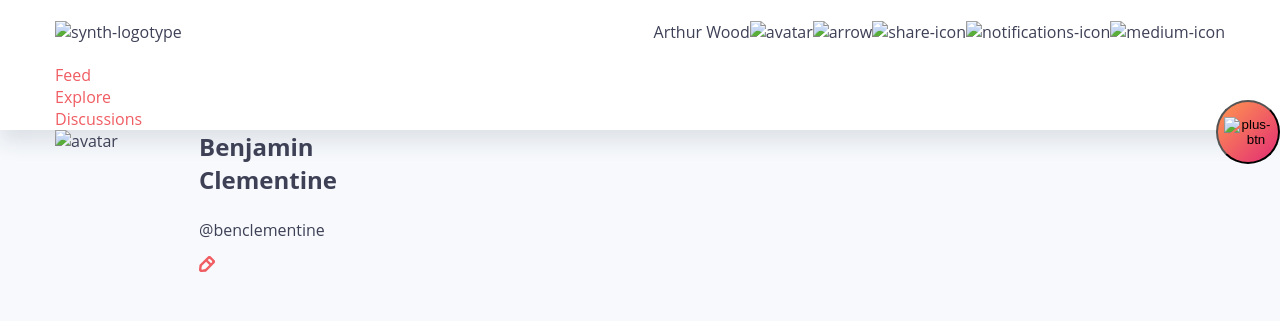
Repository: ecspetra/swivl-test-task
Page: index.html
These files come from the project's save history. The page is drawn as it stood at one moment and after the next save; the edit follows.
The browser window is 1280 px wide. The pictures show the whole page.

Above is the page before, as saved 2021-12-09 20:32:48.

### index.html
<!DOCTYPE html>
<html lang="en">

<head>
    <meta charset="UTF-8">
    <meta http-equiv="X-UA-Compatible" content="IE=edge">
    <meta name="viewport" content="width=device-width, initial-scale=1.0">
    <link rel="stylesheet" href="css/style.css">
    <title>Synth User Profile</title>
</head>

<body>
    <header>
        <div class="header">
            <div class="header__logo-wrapper">
                <img class="header__logo" src="" alt="synth-logotype">
            </div>
            <div class="header__profile">
                <div class="header__user">
                    <p class="header__username">Arthur Wood</p>
                    <div class="header__avatar-wrapper">
                        <img class="header__avatar" src="" alt="avatar">
                    </div>
                    <div class="header__arrow-wrapper">
                        <img class="header__arrow" src="" alt="arrow">
                    </div>
                </div>
                <div class="header__icons">
                    <div class="header__share-wrapper">
                        <img class="header__share" src="" alt="share-icon">
                    </div>
                    <div class="header__notifications-wrapper">
                        <img class="header__notifications" src="" alt="notifications-icon">
                    </div>
                    <div class="header__medium-wrapper">
                        <img class="header__medium" src="" alt="medium-icon">
                    </div>
                </div>
            </div>
        </div>
        <div class="header__navigation-wrapper">
            <nav class="header__navigation">
                <ul>
                    <li><a href="#">Feed</a></li>
                    <li><a href="#">Explore</a></li>
                    <li><a href="#">Discussions</a></li>
                </ul>
            </nav>
        </div>
        <button class="header__btn-wrapper">
            <img class="header__btn" src="" alt="plus-btn">
        </button>
    </header>
    <main>
        <section>
            <div class="profile">
                <div class="profile__user-details">
                    <div class="profile__general">
                        <div class="profile__avatar-wrapper">
                            <img class="profile__avatar" src="" alt="avatar">
                        </div>
                        <h2 class="profile__username">Benjamin Clementine</h2>
                        <p class="profile__instagram">@benclementine</p>
                        <a class="profile__edit-btn" href="#"></a>
                    </div>
                    <p class="profile__user-description"></p>
                </div>

                <div class="profile__cards">
                    <article></article>
                </div>

            </div>
        </section>
    </main>

</body>

</html>

### css/style.css
body {
  width: 100%;
  height: auto;
  margin: 0;
  padding: 0;
  background-color: #f7f9fc;
  font-family: "Open Sans", sans-serif;
  color: #3e4056;
}

* {
  -webkit-box-sizing: border-box;
  box-sizing: border-box;
}

header {
  width: 100%;
  background-color: #ffffff;
  -webkit-box-shadow: 0px 12px 20px 0px rgba(34, 60, 80, 0.12);
  -moz-box-shadow: 0px 12px 20px 0px rgba(34, 60, 80, 0.12);
  box-shadow: 0px 12px 20px 0px rgba(34, 60, 80, 0.12);
}

main,
section {
  width: 100%;
}

a {
  text-decoration: none;
  color: #f05d63;
}

ul {
  padding: 0;
  margin: 0;
}
ul li {
  list-style-type: none;
}

h1,
h2 {
  margin: 0;
}

p {
  margin: 0;
}

.header {
  max-width: 1218px;
  padding: 21px 24px;
  margin: 0 auto;
  display: -webkit-box;
  display: -ms-flexbox;
  display: flex;
  -webkit-box-orient: horizontal;
  -webkit-box-direction: normal;
  -ms-flex-direction: row;
  flex-direction: row;
  -webkit-box-pack: justify;
  -ms-flex-pack: justify;
  justify-content: space-between;
  -webkit-box-align: center;
  -ms-flex-align: center;
  align-items: center;
  position: relative;
}

.header__profile {
  display: -webkit-box;
  display: -ms-flexbox;
  display: flex;
  -webkit-box-orient: horizontal;
  -webkit-box-direction: normal;
  -ms-flex-direction: row;
  flex-direction: row;
  -webkit-box-pack: end;
  -ms-flex-pack: end;
  justify-content: flex-end;
  -webkit-box-align: center;
  -ms-flex-align: center;
  align-items: center;
}

.header__user,
.header__icons {
  display: -webkit-box;
  display: -ms-flexbox;
  display: flex;
  -webkit-box-orient: horizontal;
  -webkit-box-direction: normal;
  -ms-flex-direction: row;
  flex-direction: row;
  -webkit-box-pack: justify;
  -ms-flex-pack: justify;
  justify-content: space-between;
  -webkit-box-align: center;
  -ms-flex-align: center;
  align-items: center;
}

.header__arrow-icon {
  width: 8px;
  height: 4px;
  opacity: 0.4;
}

.header__icon-wrapper {
  width: 32px;
  height: 32px;
}

.header__share-icon,
.header__share-icon,
.header__medium-icon {
  width: auto;
  height: 14px;
}

.header__navigation-wrapper {
  max-width: 1218px;
  padding: 0 24px;
  margin: 0 auto;
}

.navigation-list {
  display: -webkit-box;
  display: -ms-flexbox;
  display: flex;
  -webkit-box-orient: horizontal;
  -webkit-box-direction: normal;
  -ms-flex-direction: row;
  flex-direction: row;
  -webkit-box-pack: start;
  -ms-flex-pack: start;
  justify-content: flex-start;
  -webkit-box-align: center;
  -ms-flex-align: center;
  align-items: center;
  gap: 37px;
}

.navigation-list__item {
  color: #3e4056;
  text-transform: uppercase;
  font: 600 14px/16px "Open Sans", sans-serif;
  opacity: 0.6;
}

.navigation-list__item__active {
  opacity: 1;
}

.header__btn-wrapper {
  background: linear-gradient(to bottom right, #ff974f, #e32c75);
  width: 64px;
  height: 64px;
  border-radius: 50%;
  overflow: hidden;
  position: absolute;
  right: 0;
  top: 100px;
}

.header__btn {
  background: none;
  outline: 0;
  border: 0;
  width: 100%;
  height: 100%;
}

.profile {
  max-width: 1218px;
  padding: 0 24px;
  margin: 0 auto;
  display: -ms-grid;
  display: grid;
  grid-template-columns: 350px 1fr;
  grid-template-rows: auto auto;
  grid-template-areas: "profile__user-details profile__switcher" "profile__user-details profile__cards-wwrapper";
  -webkit-box-pack: center;
  -ms-flex-pack: center;
  justify-content: center;
  -webkit-box-align: start;
  -ms-flex-align: start;
  align-items: start;
}

.profile__user-details {
  grid-area: profile__user-details;
}

.profile__general {
  display: -ms-grid;
  display: grid;
  grid-template-columns: 120px 1fr;
  grid-template-rows: auto auto auto;
  grid-template-areas: "profile__avatar-wrapper profile__name-wrapper" "profile__avatar-wrapper profile__instagram" "profile__avatar-wrapper profile__edit-btn";
  -webkit-box-pack: center;
  -ms-flex-pack: center;
  justify-content: center;
  -webkit-box-align: start;
  -ms-flex-align: start;
  align-items: start;
  gap: 24px;
}

.profile__avatar-wrapper {
  grid-area: profile__avatar-wrapper;
  width: 120px;
  height: 120px;
}

.profile__avatar {
  width: 100%;
  height: 100%;
}

.profile__name-wrapper {
  grid-area: profile__name-wrapper;
  display: -webkit-box;
  display: -ms-flexbox;
  display: flex;
  -webkit-box-orient: horizontal;
  -webkit-box-direction: normal;
  -ms-flex-direction: row;
  flex-direction: row;
  -webkit-box-pack: justify;
  -ms-flex-pack: justify;
  justify-content: space-between;
  -webkit-box-align: start;
  -ms-flex-align: start;
  align-items: flex-start;
  -ms-flex-wrap: nowrap;
  flex-wrap: nowrap;
}

.profile__name {
  font: 600 24px/26px "Montserrat", sans-serif;
  max-width: 150px;
  display: -webkit-box;
  -webkit-line-clamp: 2;
  -webkit-box-orient: vertical;
  overflow: hidden;
  text-overflow: ellipsis;
}

.profile__dots-wrapper {
  width: 24px;
  height: 24px;
  cursor: pointer;
}

.profile__dots {
  width: 16px;
  height: 16px;
}

.profile__instagram {
  grid-area: profile__instagram;
  font: 400 16px/20px "Open Sans", sans-serif;
}

.profile__edit-btn {
  grid-area: profile__edit-btn;
  font: 400 16px/20px "Open Sans", sans-serif;
  text-decoration: underline;
  position: relative;
  padding: 0 0 0 20px;
}
.profile__edit-btn:before {
  content: "";
  width: 16px;
  height: 16px;
  background-image: url("../img/edit-icon.svg");
  background-position: center;
  background-size: 100%;
  background-repeat: no-repeat;
  position: absolute;
  top: 50%;
  left: 0;
  -webkit-transform: translateY(-50%);
  -ms-transform: translateY(-50%);
  transform: translateY(-50%);
}

.profile__statistics {
  display: -webkit-box;
  display: -ms-flexbox;
  display: flex;
  -webkit-box-orient: horizontal;
  -webkit-box-direction: normal;
  -ms-flex-direction: row;
  flex-direction: row;
  -webkit-box-pack: justify;
  -ms-flex-pack: justify;
  justify-content: space-between;
  -webkit-box-align: start;
  -ms-flex-align: start;
  align-items: flex-start;
  -ms-flex-wrap: nowrap;
  flex-wrap: nowrap;
  max-width: 282px;
}

.profile__synths,
.profile__followers,
.profile__following {
  font: 400 16px/24px "Open Sans", sans-serif;
  text-align: center;
  color: #636363;
}
.profile__synths span,
.profile__followers span,
.profile__following span {
  font: 700 18px/24px "Open Sans", sans-serif;
  color: #3e4056;
}

.profile__description {
  font: 400 16px/24px "Open Sans", sans-serif;
}

.profile__switcher {
  grid-area: profile__switcher;
}

.profile__cards-wrapper {
  grid-area: profile__cards-wrapper;
  display: -webkit-box;
  display: -ms-flexbox;
  display: flex;
  -webkit-box-orient: horizontal;
  -webkit-box-direction: normal;
  -ms-flex-direction: row;
  flex-direction: row;
  -webkit-box-pack: justify;
  -ms-flex-pack: justify;
  justify-content: space-between;
  -webkit-box-align: start;
  -ms-flex-align: start;
  align-items: flex-start;
  -ms-flex-wrap: wrap;
  flex-wrap: wrap;
  gap: 24px;
}

.profile-card {
  background-color: #ffffff;
  border-radius: 8px;
  width: 100%;
  height: 280px;
  max-width: 374px;
  -webkit-box-shadow: 0px 12px 20px 0px rgba(34, 60, 80, 0.12);
  -moz-box-shadow: 0px 12px 20px 0px rgba(34, 60, 80, 0.12);
  box-shadow: 0px 12px 20px 0px rgba(34, 60, 80, 0.12);
  padding: 24px;
  display: -webkit-box;
  display: -ms-flexbox;
  display: flex;
  -webkit-box-orient: vertical;
  -webkit-box-direction: normal;
  -ms-flex-direction: column;
  flex-direction: column;
  -webkit-box-pack: justify;
  -ms-flex-pack: justify;
  justify-content: space-between;
  -webkit-box-align: start;
  -ms-flex-align: start;
  align-items: flex-start;
}

p + .profile-card__headline {
  padding: 0;
}

.profile-card__headline {
  padding: 40px 0 0;
  font: 400 36px/44px "Montserrat", sans-serif;
  display: -webkit-box;
  -webkit-line-clamp: 3;
  -webkit-box-orient: vertical;
  overflow: hidden;
  text-overflow: ellipsis;
}

.profile-card__author-photo {
  width: 24px;
  height: 24px;
  min-width: 24px;
  min-height: 24px;
}

.profile-card__author {
  width: 100%;
  height: 100%;
}

.profile-card__author-name {
  font: 600 14px/16px "Open Sans", sans-serif;
  white-space: nowrap;
  overflow: hidden;
  text-overflow: ellipsis;
  max-width: 160px;
  color: #3e4056;
}

.profile-card__author-wrapper,
.profile-card__bottom,
.profile-card__actions-wrapper {
  display: -webkit-box;
  display: -ms-flexbox;
  display: flex;
  -webkit-box-orient: horizontal;
  -webkit-box-direction: normal;
  -ms-flex-direction: row;
  flex-direction: row;
  -webkit-box-pack: justify;
  -ms-flex-pack: justify;
  justify-content: space-between;
  -webkit-box-align: center;
  -ms-flex-align: center;
  align-items: center;
  gap: 0 16px;
}

.profile-card__bottom {
  width: 100%;
}

.profile-card__author-wrapper {
  gap: 0 8px;
}

.profile-card__share-wrapper {
  text-align: right;
}

.profile-card__share-link {
  font: 400 18px/24px "Open Sans", sans-serif;
}

.profile-card__top {
  font: 600 16px/18px "Open Sans", sans-serif;
  width: 100%;
  white-space: nowrap;
  overflow: hidden;
  text-overflow: ellipsis;
}
.profile-card__top span {
  background-color: #ecf1f8;
  border-radius: 6px;
  padding: 0 3px;
}

.profile-card__icon-wrapper {
  display: -webkit-box;
  display: -ms-flexbox;
  display: flex;
  -webkit-box-orient: horizontal;
  -webkit-box-direction: normal;
  -ms-flex-direction: row;
  flex-direction: row;
  -webkit-box-pack: justify;
  -ms-flex-pack: justify;
  justify-content: space-between;
  -webkit-box-align: center;
  -ms-flex-align: center;
  align-items: center;
  gap: 0 8px;
}

.profile-card__icon {
  width: auto;
  height: 16px;
}

.profile-card__icon-counter {
  font: 600 14px/16px "Open Sans", sans-serif;
}

.weblink-shared {
  position: relative;
  padding: 0 0 0 20px;
}
.weblink-shared:before {
  content: "";
  width: 16px;
  height: 16px;
  background-image: url("../img/shared-link.svg");
  background-position: center;
  background-size: 100%;
  background-repeat: no-repeat;
  position: absolute;
  top: 50%;
  left: 0;
  -webkit-transform: translateY(-50%);
  -ms-transform: translateY(-50%);
  transform: translateY(-50%);
}

/*# sourceMappingURL=style.css.map */

After the next save:
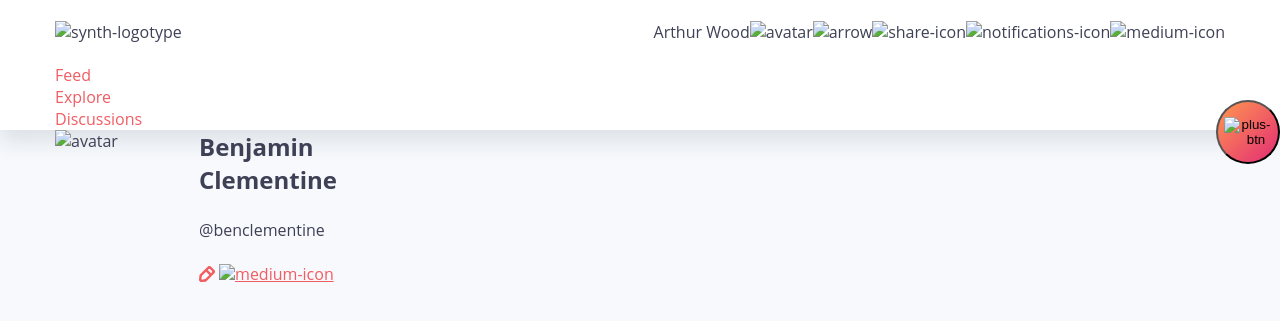
Saved 16 s later.
--- a/index.html
+++ b/index.html
@@ -61,7 +61,7 @@
                         </div>
                         <h2 class="profile__username">Benjamin Clementine</h2>
                         <p class="profile__instagram">@benclementine</p>
-                        <a class="profile__edit-btn" href="#"></a>
+                        <a class="profile__edit-btn" href="#"><img class="header__medium" src="" alt="medium-icon"></a>
                     </div>
                     <p class="profile__user-description"></p>
                 </div>
